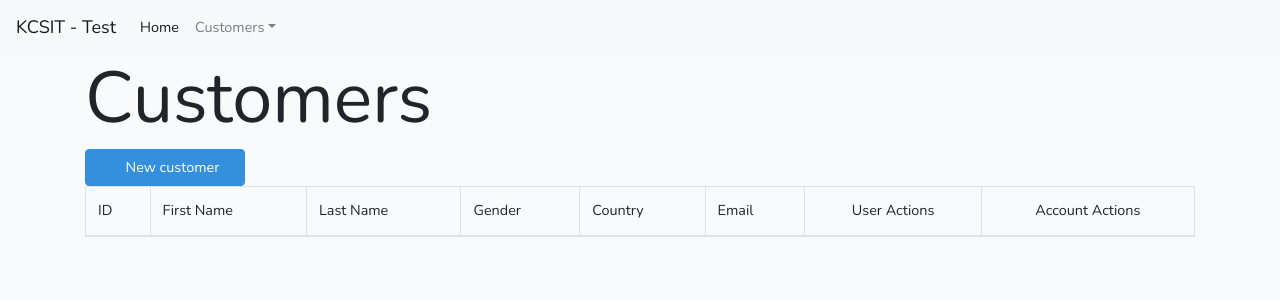
Repository: GilmarBrito/kcsit
Page: resources/views/customers/index.blade.php
An editor plug-in stored every save of this project. The page is shown before and after the next save, followed by the edit.
The browser window is 1280 px wide. The pictures show the whole page.
The page is served by the project's Laravel application, run on PHP 8.4 with Laravel 8. Style sheets and scripts are compiled from the project's sources, by tool versions that may differ from the author's. The template is opened directly, without the code that normally fills it, so the values that code supplies are empty.

Above is the page before, as saved 2020-03-08 20:43:52.
Console error: ReferenceError: $ is not defined

After the next save:
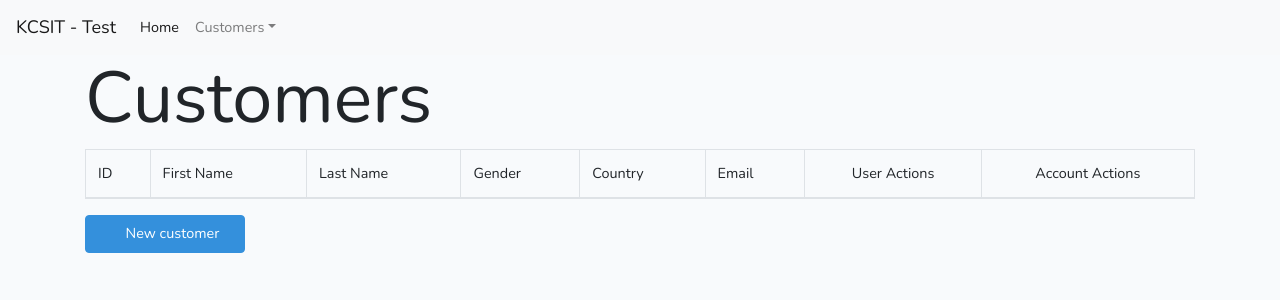
Saved 32 s later.
--- a/resources/views/customers/index.blade.php
+++ b/resources/views/customers/index.blade.php
@@ -5,11 +5,7 @@
     <div class="col-sm-12">
         <h1 class="display-3">Customers</h1>
     </div>
-    <div class="col-sm-2">
-        <a href="{{route('customers.create')}}" class="btn btn-primary btn-block">
-            <i class="fas fa-user-plus"></i> New customer
-        </a>
-    </div>
+
     <div class="col-sm-12">
         <table class="table table-striped table-bordered">
             <thead>
@@ -54,5 +50,10 @@
             </tbody>
         </table>
     </div>
+    <div class="col-sm-2">
+        <a href="{{route('customers.create')}}" class="btn btn-primary btn-block">
+            <i class="fas fa-user-plus"></i> New customer
+        </a>
+    </div>
 </div>
 @endsection
